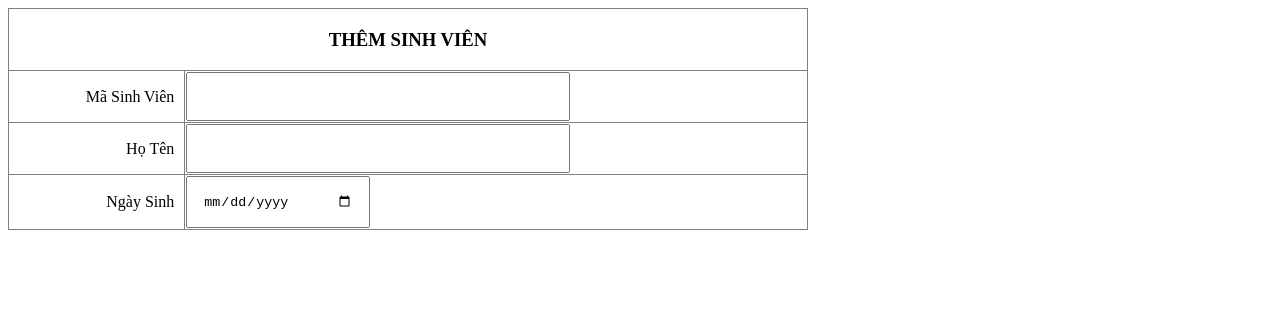
Repository: Tan-Khang21/TH_TKW--Buoi_04
Page: Bai_Tap_Mau/Bai_04/Bai_04.html
The author's editor kept a copy of each file at every save. The page is drawn from the files as they stood at one save, then again after the next save.
The browser window is 1280 px wide. The pictures show the whole page.

Above is the page before, as saved 2024-03-06 09:47:42.

### Bai_Tap_Mau/Bai_04/Bai_04.html
<!DOCTYPE html>
<html lang="en">
<head>
    <meta charset="UTF-8">
    <meta name="viewport" content="width=device-width, initial-scale=1.0">
    <title>Document</title>
</head>
<body>
    <table border="1px" style="width: 800px; border-collapse: collapse;">
        <tr>
            <th colspan="3" ><h3>THÊM SINH VIÊN</h3></th>
        </tr>
        <tr>
            <td align="right" style="padding: 10px;">Mã Sinh Viên</td>
            <td colspan="2"> <input type="text" style="width:350px; padding: 15px;"></td>
        </tr>
        <tr>
            <td align="right" style="padding: 10px;">Họ Tên</td>
            <td colspan="2"> <input type="text" style="width:350px; padding: 15px;"></td>
        </tr>
        <tr>
            <td align="right" style="padding: 10px;">Ngày Sinh</td>
            <td colspan="2"> <input type="date" style="width:150px; padding: 15px;"></td>
        </tr>
    </table>
</body>
</html>

After the next save:
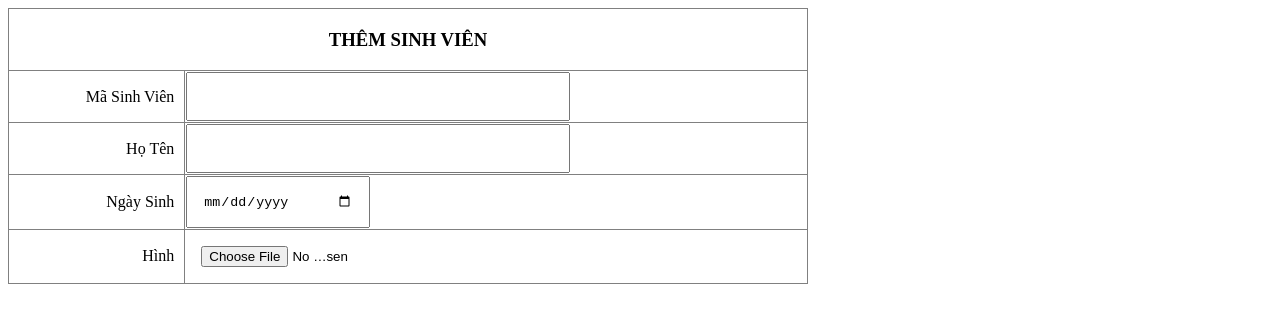
Saved 41 s later.
--- a/Bai_Tap_Mau/Bai_04/Bai_04.html
+++ b/Bai_Tap_Mau/Bai_04/Bai_04.html
@@ -22,6 +22,10 @@
             <td align="right" style="padding: 10px;">Ngày Sinh</td>
             <td colspan="2"> <input type="date" style="width:150px; padding: 15px;"></td>
         </tr>
+        <tr>
+            <td align="right" style="padding: 10px;">Hình</td>
+            <td colspan="2"> <input type="file" style="width:150px; padding: 15px;"></td>
+        </tr>
     </table>
 </body>
 </html>
